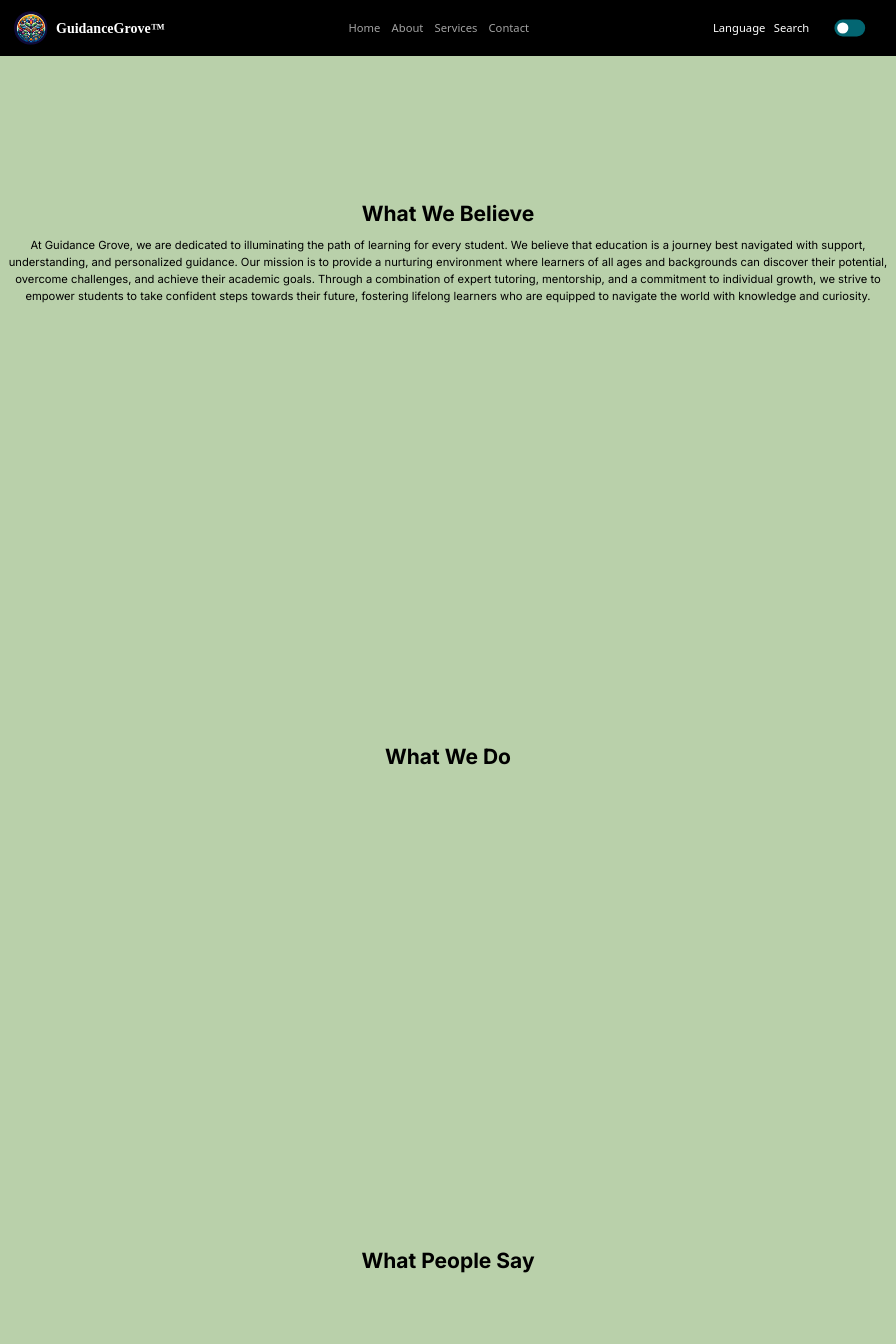
Repository: PositiveGuy/GuidanceGrove
Page: /
The author's editor kept a copy of each file at every save. The page is drawn from the files as they stood at one save, then again after the next save.
The browser window is 1280 px wide. The pictures show the part of the page from y = 0 to 1920 px (the page is 3874 px tall), at 70% of full size.
The project was rebuilt for these pictures with package versions that can differ from the ones it lists, and the page was loaded fresh each time. The framework's server and built-in components were replaced by stand-ins that run in the browser. Also part of the build but not shown: next.config.js.

Above is the page before, as saved 2023-12-28 14:19:47.

After the next save:
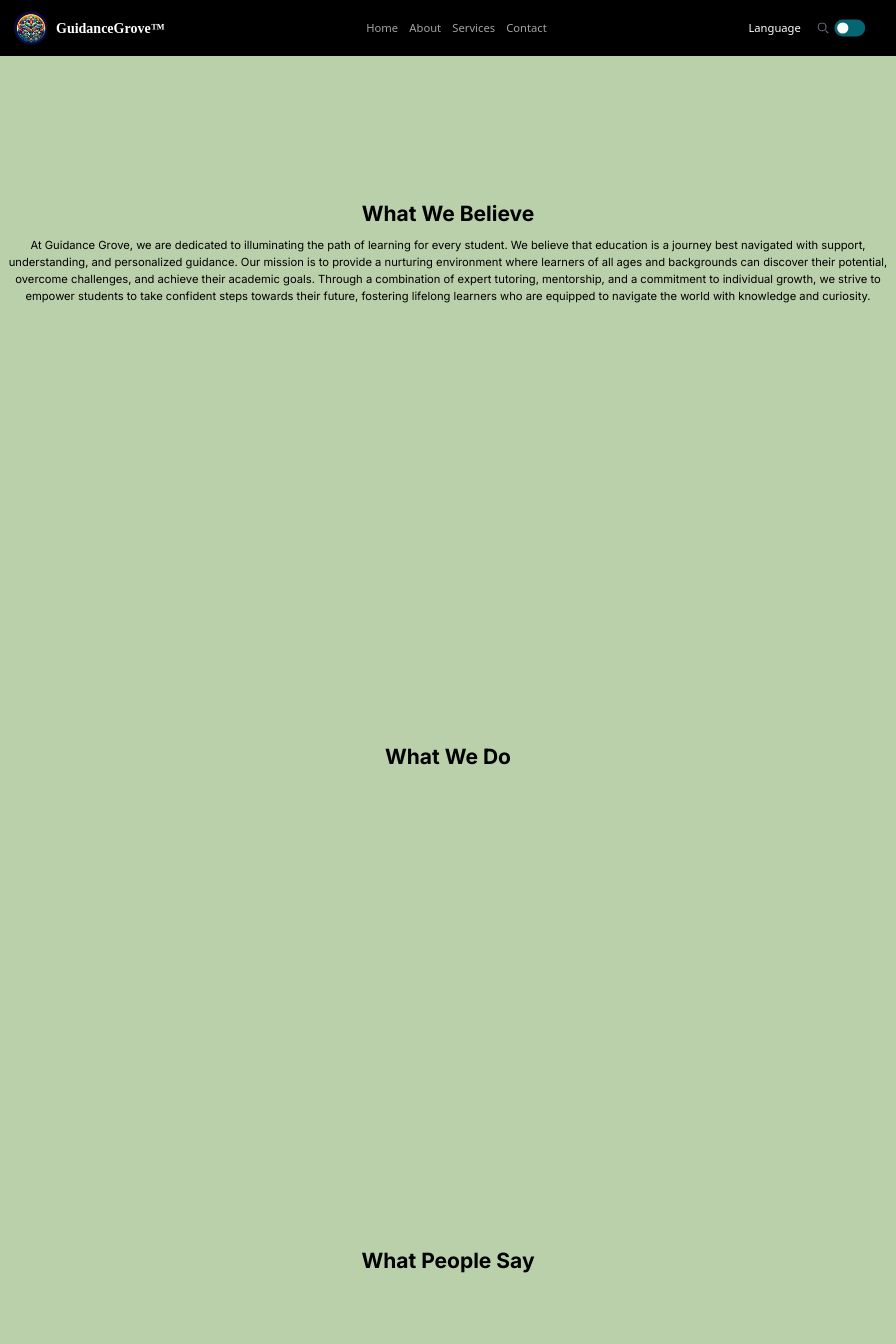
Saved 57 s later.
--- a/src/components/header.tsx
+++ b/src/components/header.tsx
@@ -2,6 +2,7 @@
 import { useState } from "react";
 import MobileNavigation from "./MobileNavigation";
 import ThemeToggle from "./ThemeToggle";
+import SearchBar from "./SearchBar";
 
 
 const Header = () => {
@@ -30,7 +31,7 @@ const Header = () => {
         {/* Right Side: Placeholders for Language, Search, and Dark Mode Toggle */}
         <div className="flex items-center space-x-3">
           <div className="text-white">Language</div>
-          <div className="text-white">Search</div>
+          <SearchBar />
           <ThemeToggle />
         </div>
       </nav>
